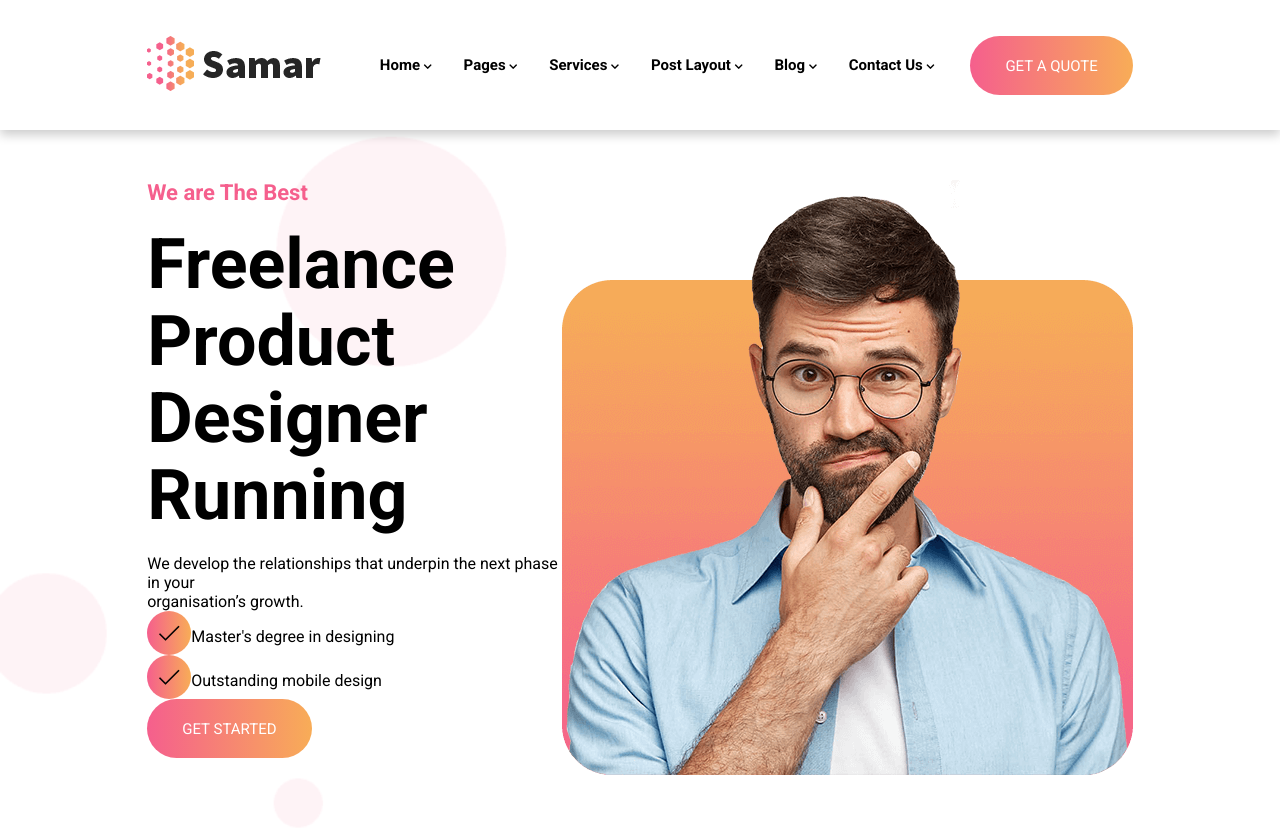
Repository: leequanganh/sammar
Page: html/index.html
The author's editor kept a copy of each file at every save. The page is drawn from the files as they stood at one save, then again after the next save.
The browser window is 1280 px wide. The pictures show the whole page.

Above is the page before, as saved 2021-12-09 14:51:02.

### html/index.html
<!DOCTYPE html>
<html lang="en">
<head>
    <meta charset="UTF-8">
    <meta http-equiv="X-UA-Compatible" content="IE=edge">
    <meta name="viewport" content="width=device-width, initial-scale=1.0">
    <link rel="preconnect" href="https://fonts.googleapis.com">
<link rel="preconnect" href="https://fonts.gstatic.com" crossorigin>
<link href="https://fonts.googleapis.com/css2?family=Roboto:ital,wght@0,100;0,300;0,400;0,700;1,500;1,700;1,900&display=swap" rel="stylesheet">
            <!-- /////////////////// -->
    <link rel="stylesheet" href="../css/flaticon.css">
    <link rel="stylesheet" href="https://cdnjs.cloudflare.com/ajax/libs/line-awesome/1.3.0/line-awesome/css/line-awesome.min.css" integrity="sha512-vebUliqxrVkBy3gucMhClmyQP9On/HAWQdKDXRaAlb/FKuTbxkjPKUyqVOxAcGwFDka79eTF+YXwfke1h3/wfg==" crossorigin="anonymous" referrerpolicy="no-referrer" />
    <link rel="stylesheet" href="https://cdnjs.cloudflare.com/ajax/libs/font-awesome/5.15.4/css/all.min.css" integrity="sha512-1ycn6IcaQQ40/MKBW2W4Rhis/DbILU74C1vSrLJxCq57o941Ym01SwNsOMqvEBFlcgUa6xLiPY/NS5R+E6ztJQ==" crossorigin="anonymous" referrerpolicy="no-referrer" />
                 <!-- ////////////////////// -->
    <link rel="stylesheet" href="../css/index.css">
    <title>Document</title>
</head>
<body>
<!-- header start  -->
    <div class="header" id="navbar">

        <div class="header__contain">
            <div class="header_logo" id="logo">
                <img src="../img/logo-2.png" alt="">
            </div>
            <div class="header_nav">
                <ul>
                    <li> <a href=""> <span>Home</span>
                        <i class="fas fa-chevron-down"></i></a> </li>
                    <li> <a href=""><span>Pages</span>
                        <i class="fas fa-chevron-down"></i></a></li>
                    <li><a href=""> <span>Services</span>
                        <i class="fas fa-chevron-down"></i></a></li>
                    <li><a href=""> <span>Post Layout</span>
                        <i class="fas fa-chevron-down"></i></a></li>
                    <li><a href=""><span>Blog</span>
                        <i class="fas fa-chevron-down"></i></a></li>
                    <li><a href=""><span>Contact Us</span>
                        <i class="fas fa-chevron-down"></i></a></li>
                </ul>
                <div class="btn">
                    <a href="">GET A QUOTE</a>
                </div>
            </div>
        </div>
    </div>
<!-- header end  -->
<!-- banner start  -->
    <div class="banner">
        <div class="banner__contain">
            <div class="banner_text">
                <p>We are The Best</p>
                <h1>Freelance Product <br> Designer Running</h1>
                <p>We develop the relationships that underpin the next phase in your <br>
                    organisation’s growth.</p>
                <span><i class="las la-check"></i>Master's degree in designing</span>
                <span><i class="las la-check"></i>Outstanding mobile design</span>

                <!-- <ul>
                    <li>Master's degree in designing</li>
                    <li>Outstanding mobile design</li>

                </ul> -->
                <div class="btn"><a href="">GET STARTED</a></div>

            </div>
            <div class="banner_img">
                <img src="../img/pic3_1.png" alt="">
            </div>
        </div>
    </div>
<!-- banner end  -->
    <script src="https://code.jquery.com/jquery-3.6.0.min.js" integrity="sha256-/xUj+3OJU5yExlq6GSYGSHk7tPXikynS7ogEvDej/m4=" crossorigin="anonymous"></script>
    <script>
        $(document).ready(function(){
            $(window).scroll(function(){
                if($(this).scrollTop()){
                    $('header').addClass('sticky');
                }else{
                    $('header').removeClass('sticky');
                }
            })
        });
    </script>
</body>
</html>

### css/index.css
*{
padding: 0;
margin: 0;
border: 0;
box-sizing: border-box;
font-family: 'Roboto', sans-serif;
}
body{
    /* height: 9000px;
    background-color: antiquewhite; */
}
/* header-start  */
.header{
    display: flex;
    justify-content: center;
    position: fixed;
        width: 100%;
        top: 0;
    z-index: 1;
    box-shadow: 0px 5px 10px rgba(0, 0, 0,0.2);
    overflow: hidden;
    transition: 0.5s;
    background: rgba(0,0,0,0);
}
.header__contain{
    width: 77%;
    display: flex;
    justify-content: space-between;
    align-items: center;
}
.header_nav {
    width: 80%;
    display: flex;
    justify-content: flex-end;
    align-items: center;
}
ul{
    display: flex;
}
.header_nav ul li{
    transition: 0.3s;
    padding: 55px 16px ;
    list-style: none;
}
.header_nav li a {
    font-size: 15px;
    list-style: none;
    text-decoration: none;
    color: black;
    font-weight: 600;
}
.header_nav li a span{
    line-height: 20px;
}
.header_nav li:hover{
    cursor: pointer;
}
.header_nav li a {
    display: inline-block;
}
span{
    display: inline-block;
}
.header_nav li:hover a span  {
   animation-name: upToDown;
   animation-duration: 0.5s;
   color: #f55f8d;
   cursor: pointer;
}
.header_nav li:hover a i{
   color: #f55f8d;
}
.header_nav li a i{
    font-size: 9px;
}
.header .btn{
    margin-left: 20px;
}
.btn {
    padding: 20px 35px;
    border-radius: 30px;
    border-width: 1px;
    background-image: linear-gradient(to right,#f55f8d 0,#f8ae56 51%,#f55f8d 100%);
    background-position: left bottom;
    background-size: 200%;
    transition: 0.5s;
}
.btn a{
    color: white;
    line-height: 18px;
    font-size: 15px;
    font-weight: 500;
    text-decoration: none;

}
.btn:hover {
    background-position: right center;
}
/* header-end  */
/* banner start  */
.banner {
    background-image: url(../img/pic2.png);
    background-size: cover;
    background-repeat: no-repeat;
    /* background-position: center; */
    padding-top: 130px;
    display: flex;
    flex-direction: row;
    justify-content: center;
}
.banner__contain{
    display: flex;
    /* overflow: visible; */
    padding: 50px 0;
    justify-content: space-between;
    width: 77%;
}
.banner_text{
    display: flex;
    flex-direction: column;
    align-items:flex-start;
}
.banner_text p:first-child{
    /* width: 60%; */
    color: #f55f8d;
    font-size: 22px;
    font-weight: 600;
    line-height: 26px;
    margin-bottom: 20px;
}
.banner_text h1{
    font-size: 70px;
    font-weight: 800;
    line-height: 77px;
    margin-bottom: 20px;

}
.banner_text p:last-child{
    color: #636363;
    font-size: 18px;
    line-height: 28px;
    margin-bottom: 20px;
}
.banner_text span:first-child{
    margin: 20px 0 10px 0;
}
.banner_text span i{
    font-size: 24px;
    padding: 10px;
    background-image: linear-gradient(to right,#f55f8d 0,#f8ae56 51%,#f55f8d 100%);
    border-radius: 50%;
    background-size: 200%;
}

.banner_img{
    /* width: 40%; */
}

.banner_img{
    /* position: relative; */
}

/* banner end  */
/* animate  */
@keyframes upToDown {
    49% {
      transform: translateY(100%);
    }
    50% {
      opacity: 0;
      transform: translateY(-100%);
    }
    51% {
      opacity: 1;
    }
  }
/* animate  */

Loaded but not shown: css/flaticon.css (common file)

After the next save:
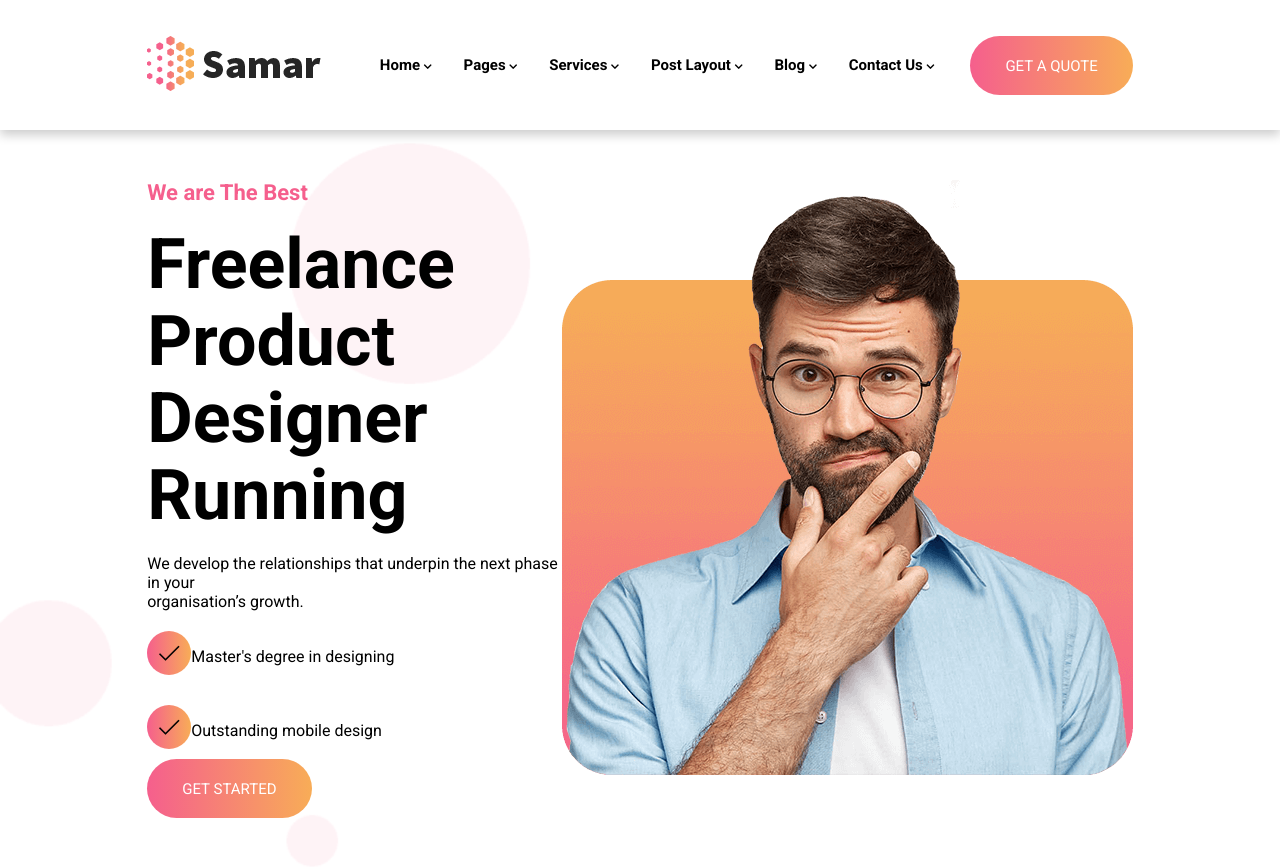
Saved 71 s later.
--- a/css/index.css
+++ b/css/index.css
@@ -141,7 +141,7 @@ span{
     line-height: 28px;
     margin-bottom: 20px;
 }
-.banner_text span:first-child{
+.banner_text span{
     margin: 20px 0 10px 0;
 }
 .banner_text span i{
